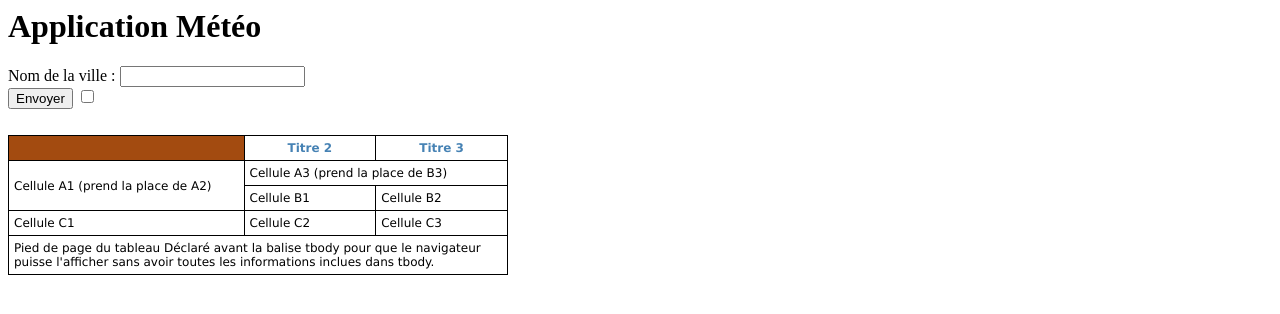
Repository: IFATech-Metz/dev-log-4
Page: projet.html
The author's editor kept a copy of each file at every save. The page is drawn from the files as they stood at one save, then again after the next save.
The browser window is 1280 px wide. The pictures show the whole page.
The page's requests for data from a server got no answer.

Above is the page before, as saved 2019-01-21 20:51:55.

After the next save:
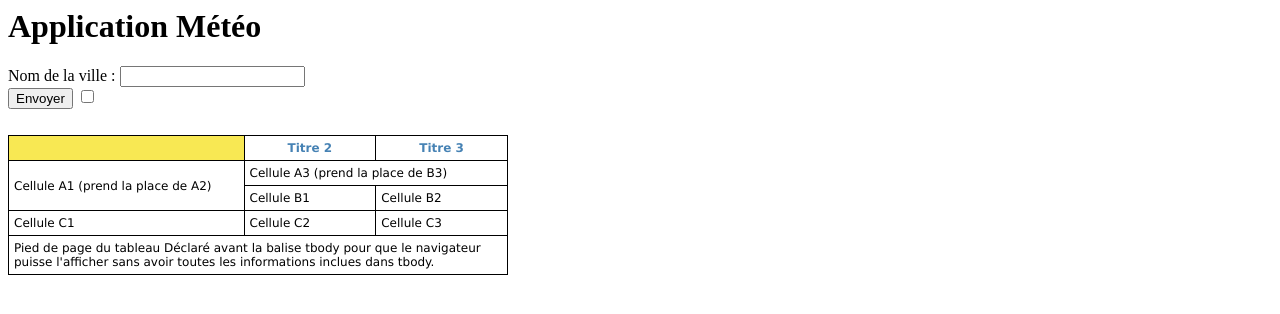
Saved 50 s later.
--- a/projet.html
+++ b/projet.html
@@ -25,7 +25,7 @@
             <thead>
                <tr style="color:steelblue;">
                 <php>
-                  <td id='latitude'> </td>
+                  <td id='meteo'> </td>
                   <th>Titre 2</th>
                   <th>Titre 3</th>
                 </php>
